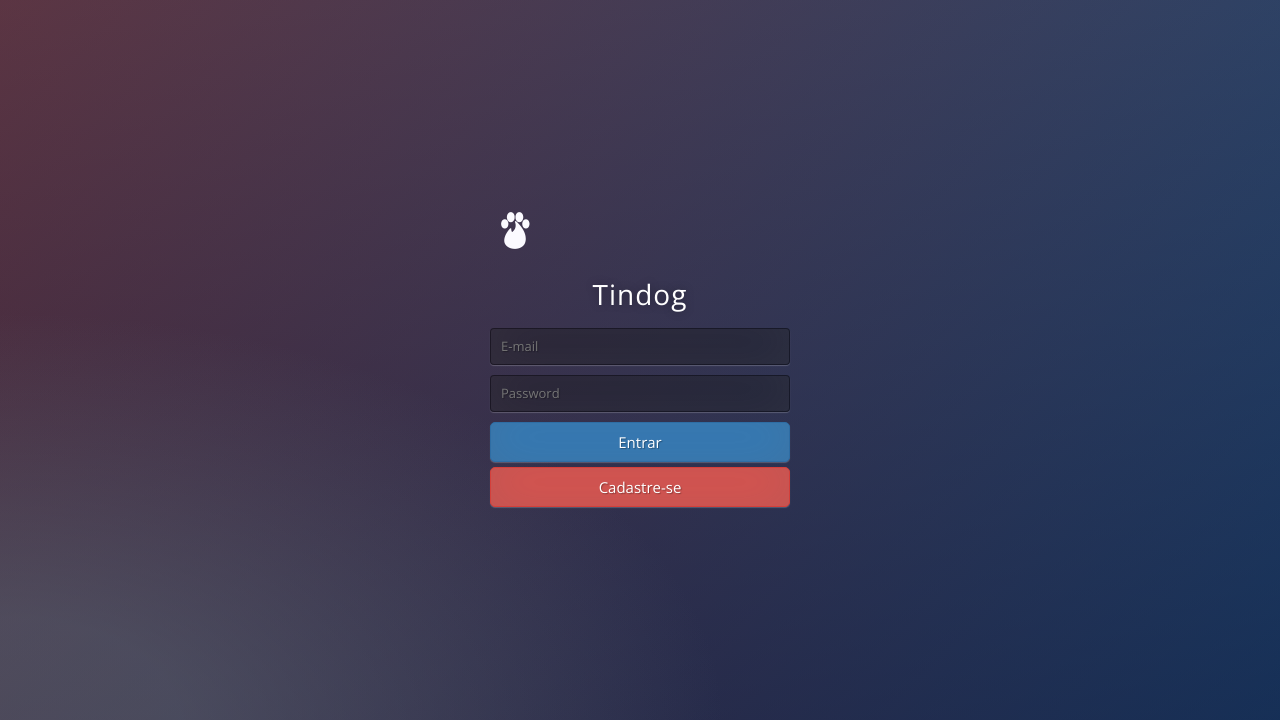
Repository: moises2112/Projetos
Page: http://localhost/Dog/LoginController.do?action=logar
The author's editor kept a copy of each file at every save. The page is drawn from the files as they stood at one save, then again after the next save.
The browser window is 1280 px wide. The pictures show the whole page.
Some web libraries are served in a nearby version. The page is served by Tomcat 9. Other server files are loaded and not shown.

Above is the page before, as saved 2017-06-13 00:49:21.

### Dog/WebContent/login.jsp

<%@ page language="java" contentType="text/html; charset=ISO-8859-1"
	pageEncoding="ISO-8859-1"%>
<%@ taglib uri="http://java.sun.com/jsp/jstl/core" prefix="c"%>
<!DOCTYPE HTML>
<html>
<head>
<link rel="shortcut icon" href="imagens/favicon.ico">
<meta charset="UTF-8">
<meta http-equiv="Content-Type" content="text/html; charset=ISO-8859-1">

<title>Bem vindo ao Tindog</title>
<link rel="stylesheet" type="text/css" href="css\bootstrap.css">

<link rel="stylesheet"
	href="https://cdnjs.cloudflare.com/ajax/libs/normalize/5.0.0/normalize.min.css">


<style>
/* NOTE: The styles were added inline because Prefixfree needs access to your styles and they must be inlined if they are on local disk! */
@import url(https://fonts.googleapis.com/css?family=Open+Sans);

.btn-large {
	padding: 9px 14px;
	font-size: 15px;
	line-height: normal;
	-webkit-border-radius: 5px;
	-moz-border-radius: 5px;
	border-radius: 5px;
}

.btn-block {
	width: 100%;
	display: block;
}

* {
	-webkit-box-sizing: border-box;
	-moz-box-sizing: border-box;
	-ms-box-sizing: border-box;
	-o-box-sizing: border-box;
	box-sizing: border-box;
}

html {
	width: 100%;
	height: 100%;
	overflow: hidden;
}

body {
	width: 100%;
	height: 100%;
	font-family: 'Open Sans', sans-serif;
	background: #092756;
	background: -moz-radial-gradient(0% 100%, ellipse cover, rgba(104, 128, 138, .4)
		10%, rgba(138, 114, 76, 0) 40%),
		-moz-linear-gradient(top, rgba(57, 173, 219, .25) 0%,
		rgba(42, 60, 87, .4) 100%),
		-moz-linear-gradient(-45deg, #670d10 0%, #092756 100%);
	background: -webkit-radial-gradient(0% 100%, ellipse cover, rgba(104, 128, 138, .4)
		10%, rgba(138, 114, 76, 0) 40%),
		-webkit-linear-gradient(top, rgba(57, 173, 219, .25) 0%,
		rgba(42, 60, 87, .4) 100%),
		-webkit-linear-gradient(-45deg, #670d10 0%, #092756 100%);
	background: -o-radial-gradient(0% 100%, ellipse cover, rgba(104, 128, 138, .4)
		10%, rgba(138, 114, 76, 0) 40%),
		-o-linear-gradient(top, rgba(57, 173, 219, .25) 0%,
		rgba(42, 60, 87, .4) 100%),
		-o-linear-gradient(-45deg, #670d10 0%, #092756 100%);
	background: -ms-radial-gradient(0% 100%, ellipse cover, rgba(104, 128, 138, .4)
		10%, rgba(138, 114, 76, 0) 40%),
		-ms-linear-gradient(top, rgba(57, 173, 219, .25) 0%,
		rgba(42, 60, 87, .4) 100%),
		-ms-linear-gradient(-45deg, #670d10 0%, #092756 100%);
	background: -webkit-radial-gradient(0% 100%, ellipse cover, rgba(104, 128, 138, .4)
		10%, rgba(138, 114, 76, 0) 40%),
		linear-gradient(to bottom, rgba(57, 173, 219, .25) 0%,
		rgba(42, 60, 87, .4) 100%),
		linear-gradient(135deg, #670d10 0%, #092756 100%);
	filter: progid:DXImageTransform.Microsoft.gradient( startColorstr='#3E1D6D',
		endColorstr='#092756', GradientType=1);
}

.login {
	position: absolute;
	top: 50%;
	left: 50%;
	margin: -150px 0 0 -150px;
	width: 300px;
	height: 300px;
}

.login h1 {
	color: #fff;
	text-shadow: 0 0 10px rgba(0, 0, 0, 0.3);
	letter-spacing: 1px;
	text-align: center;
}

input {
	width: 100%;
	margin-bottom: 10px;
	background: rgba(0, 0, 0, 0.3);
	border: none;
	outline: none;
	padding: 10px;
	font-size: 13px;
	color: #fff;
	text-shadow: 1px 1px 1px rgba(0, 0, 0, 0.3);
	border: 1px solid rgba(0, 0, 0, 0.3);
	border-radius: 4px;
	box-shadow: inset 0 -5px 45px rgba(100, 100, 100, 0.2), 0 1px 1px
		rgba(255, 255, 255, 0.2);
	-webkit-transition: box-shadow .5s ease;
	-moz-transition: box-shadow .5s ease;
	-o-transition: box-shadow .5s ease;
	-ms-transition: box-shadow .5s ease;
	transition: box-shadow .5s ease;
}

input:focus {
	box-shadow: inset 0 -5px 45px rgba(100, 100, 100, 0.4), 0 1px 1px
		rgba(255, 255, 255, 0.2);
}
</style>

<script
	src="https://cdnjs.cloudflare.com/ajax/libs/prefixfree/1.0.7/prefixfree.min.js"></script>

</head>
<body>

	<div class="login">
		<div>
			<img id="simbolo" src="imagens/tinder_dog_white.png" height="50"
				width="50">
			<h1>Tindog</h1>
		</div>
		<form action="LoginController.do?action=logar" method="post"
			method="post">
			<input type="text" name="email" placeholder="E-mail"
				required="required" /> <input type="password" name="senha"
				placeholder="Password" required="required" /> <input type="submit"
				value='Entrar' class="btn btn-primary btn-block btn-large">
			<input type="button" value='Cadastre-se'
				class="btn btn-danger btn-block btn-large"
				onClick="window.location.href='./cadastrar.jsp'">
		</form>
		<!-- 		<form action="LoginController.do?action=logar" method="post"> -->

		<!-- 			<fieldset> -->
		<!-- 				<div> -->
		<!-- 					<label for="email">Email</label> <input type="text" name="email" -->
		<!-- 						placeholder="email" /> -->
		<!-- 				</div> -->
		<!-- 				<div> -->
		<!-- 					<label for="senha">Senha</label> <input type="password" -->
		<!-- 						name="senha" placeholder="senha" /> -->
		<!-- 				</div> -->
		<!-- 				<div> -->
		<!-- 					<input type="submit" value="Login" /> <input type="button" -->
		<!-- 						value="Cadastrar" onClick="window.location.href='./cadastrar.jsp'" /> -->

		<!-- 				</div> -->

		<!-- 			</fieldset> -->
		<!-- 		</form> -->
</body>
</html>

### Dog/src/br/com/dog/controller/LoginController.java
package br.com.dog.controller;

import java.io.IOException;

import java.sql.SQLException;

import javax.servlet.RequestDispatcher;
import javax.servlet.ServletConfig;
import javax.servlet.ServletException;
import javax.servlet.annotation.WebServlet;
import javax.servlet.http.HttpServlet;
import javax.servlet.http.HttpServletRequest;
import javax.servlet.http.HttpServletResponse;
import javax.servlet.http.HttpSession;
import br.com.dog.controller.util.NavegacaoUtil;
import br.com.dog.model.dao.CachorroDAO;
import br.com.dog.model.dao.UsuarioDAO;
import br.com.dog.model.dao.impl.jdbc.CachorroDao;
import br.com.dog.model.dao.impl.jdbc.UsuarioDao;
import br.com.dog.model.entity.Usuario;

/**
 * Servlet implementation class LoginController
 */
@WebServlet("/LoginController.do")
public class LoginController extends HttpServlet {
	private static final long serialVersionUID = 1L;

	/**
	 * Default constructor.
	 */

	/**
	 * @see HttpServlet#doGet(HttpServletRequest request, HttpServletResponse
	 *      response)
	 */
	protected void doGet(HttpServletRequest request, HttpServletResponse response)
			throws ServletException, IOException {

		RequestDispatcher view = request.getRequestDispatcher(NavegacaoUtil.LOGIN);
		view.forward(request, response);
	}

	/**
	 * @see HttpServlet#doPost(HttpServletRequest request, HttpServletResponse
	 *      response)
	 */
	protected void doPost(HttpServletRequest request, HttpServletResponse response)
			throws ServletException, IOException {
		String action = request.getParameter("action");
		RequestDispatcher view = null;
		if (action.equalsIgnoreCase("logar")) {
			UsuarioDAO userDAO = new UsuarioDao();

			String senhaDaTela = request.getParameter("senha");
			String emailDaTela = request.getParameter("email");

			Usuario usuario = null;

			try {
				// erro esta na linha abaixo
				usuario = userDAO.buscarLoginSenha(senhaDaTela, emailDaTela);

			} catch (SQLException e) {
				// TODO Auto-generated catch block
				e.printStackTrace();
			}

			if (usuario != null) {
				view = request.getRequestDispatcher(NavegacaoUtil.HOME);

				request.setAttribute("usuarioLogado", usuario);

				CachorroDAO dogDAO = new CachorroDao();
				try {
					request.setAttribute("myDogs", dogDAO.buscaPorUsuario(usuario));
				} catch (SQLException e) {
					// TODO Auto-generated catch block
					e.printStackTrace();
				}
				// HttpSession session = request.getSession();
				// session.setAttribute("usuario", usuario);
			} else {
				view = request.getRequestDispatcher(NavegacaoUtil.LOGIN);
				request.setAttribute("erroAoLogar", "Usuario ou senha inválido");
			}
		} else if (action.equalsIgnoreCase("logout")) {
			view = request.getRequestDispatcher(NavegacaoUtil.LOGIN);
			request.removeAttribute("usuarioLogado");
		}
		view.forward(request, response);
	}
}

Loaded but not shown: Dog/WebContent/css/bootstrap.css (library)

After the next save:
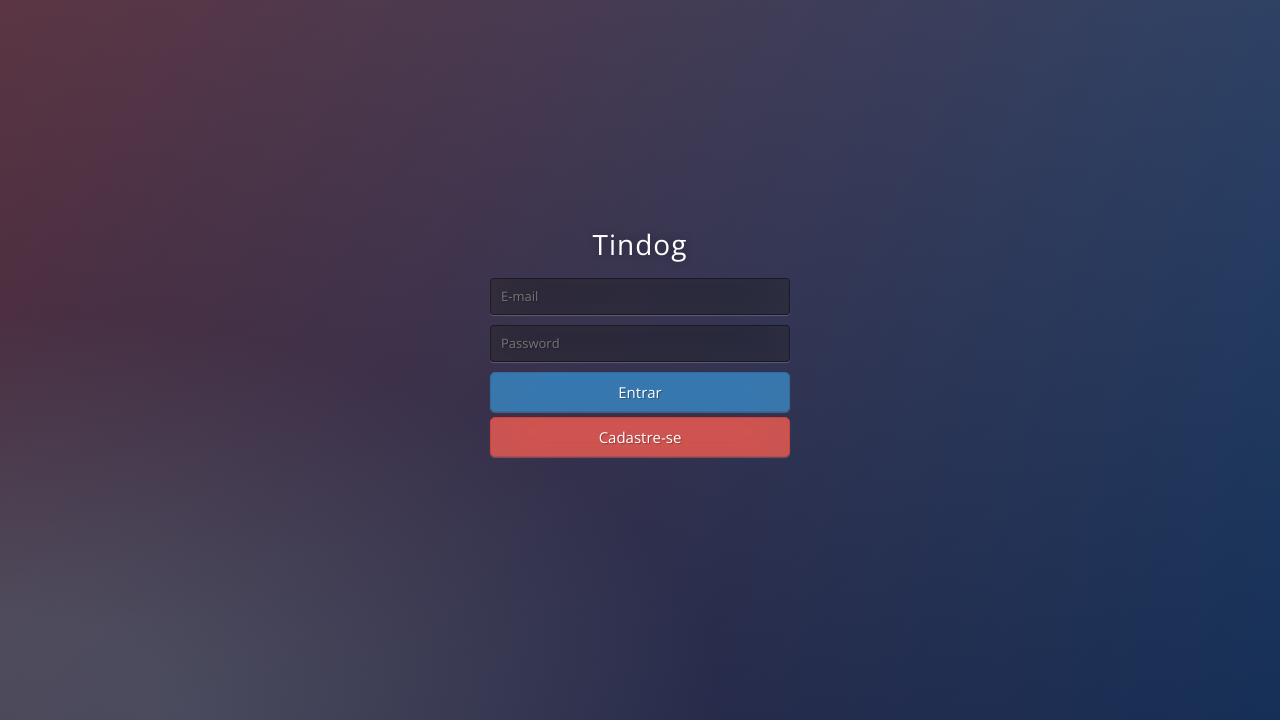
Saved 40 s later.
--- a/Dog/WebContent/login.jsp
+++ b/Dog/WebContent/login.jsp
@@ -130,13 +130,8 @@ input:focus {
 
 </head>
 <body>
-
 	<div class="login">
-		<div>
-			<img id="simbolo" src="imagens/tinder_dog_white.png" height="50"
-				width="50">
-			<h1>Tindog</h1>
-		</div>
+		<h1>Tindog</h1>
 		<form action="LoginController.do?action=logar" method="post"
 			method="post">
 			<input type="text" name="email" placeholder="E-mail"
